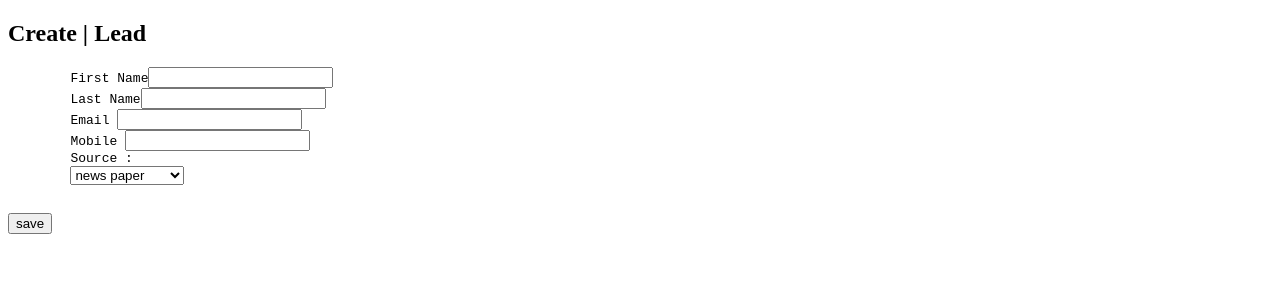
Repository: aniket-9211/zohocrmapp2
Page: http://localhost/zohocrmapp1/WEB-INF/jsps/create_lead.jsp
The author's editor kept a copy of each file at every save. The page is drawn from the files as they stood at one save, then again after the next save.
The browser window is 1280 px wide. The pictures show the whole page.
The page is served by Tomcat 9. Nobody is signed in. Other server files are loaded and not shown. The template is opened directly, without the code that normally fills it, so the values that code supplies are empty.

Above is the page before, as saved 2022-09-21 23:17:50.

### zohocrmapp1/src/main/webapp/WEB-INF/jsps/create_lead.jsp
<%@ page language="java" contentType="text/html; charset=ISO-8859-1"
    pageEncoding="ISO-8859-1"%>
<!DOCTYPE html>
<html>
<head>
<meta charset="ISO-8859-1">
<title>create</title>
</head>
<body>
<h2>Create | Lead</h2>
<form action = "saveLead" method = "post">
<pre>
	First Name<input type = "text" name = "firstName"/>
	Last Name<input type = "text" name = "lastName"/>
	Email <input type = "email" name = "email"/>
	Mobile <input type = "number" name = "mobile"/>
	Source :
	<select name="source">
  		<option value="newspaper">news paper</option>
 		 <option value="tv commercial">TV Commercial</option>
 		 <option value="online">Online</option>
 		 <option value="seminar">Seminar</option>
	</select>
	</pre>
	<input type = "submit" value = "save"/>
</form>
</body>
</html>

After the next save:
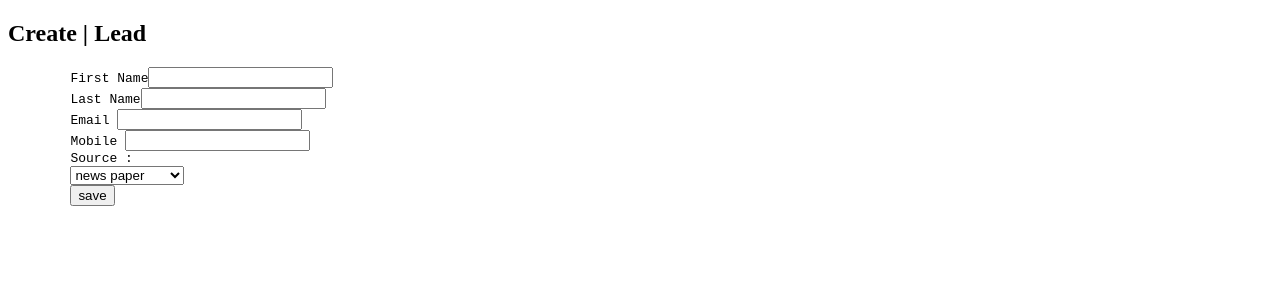
Saved 30 s later.
--- a/zohocrmapp1/src/main/webapp/WEB-INF/jsps/create_lead.jsp
+++ b/zohocrmapp1/src/main/webapp/WEB-INF/jsps/create_lead.jsp
@@ -21,8 +21,9 @@
  		 <option value="online">Online</option>
  		 <option value="seminar">Seminar</option>
 	</select>
+	<input type = "submit" value = "save"/>
 	</pre>
-	<input type = "submit" value = "save"/>
+
 </form>
 </body>
 </html>
